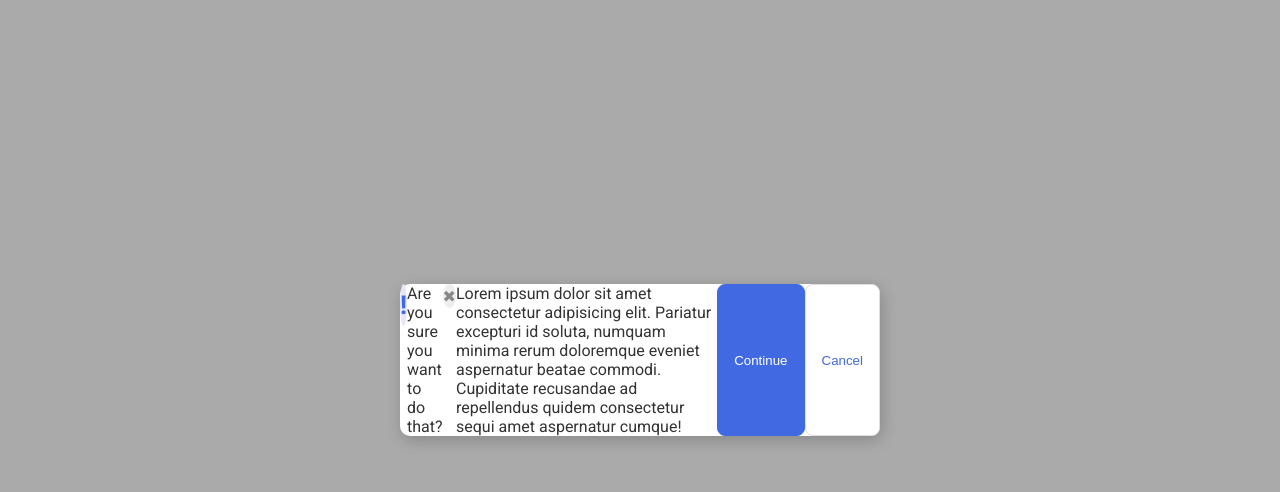
Repository: ridgely/css-exercises
Page: flex/05-flex-modal/index.html
The author's editor kept a copy of each file at every save. The page is drawn from the files as they stood at one save, then again after a run of saves.
The browser window is 1280 px wide. The pictures show the whole page.

Above is the page before, as saved 2022-07-06 14:16:03.

After the next 3 saves:
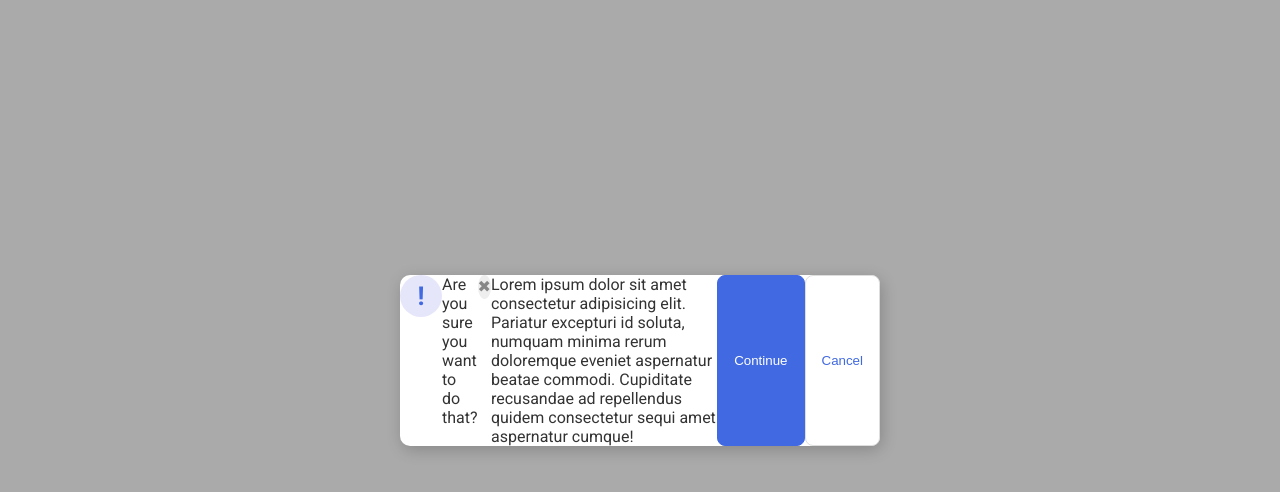
The 3 saves are shown as one change because they came seconds apart.
The last was saved 10 s later.
--- a/flex/05-flex-modal/index.html
+++ b/flex/05-flex-modal/index.html
@@ -9,8 +9,9 @@
   </head>
   <body>
     <div class="modal">
-      <div class="column-1"></div>
-      <div class="icon">!</div>
+      <div class="column-1">
+        <div class="icon">!</div>
+      </div>
       <div class="header">Are you sure you want to do that?</div>
       <div class="close-button">✖</div>
       <div class="text">Lorem ipsum dolor sit amet consectetur adipisicing elit. Pariatur excepturi id soluta, numquam minima rerum doloremque eveniet aspernatur beatae commodi. Cupiditate recusandae ad repellendus quidem consectetur sequi amet aspernatur cumque!</div>
